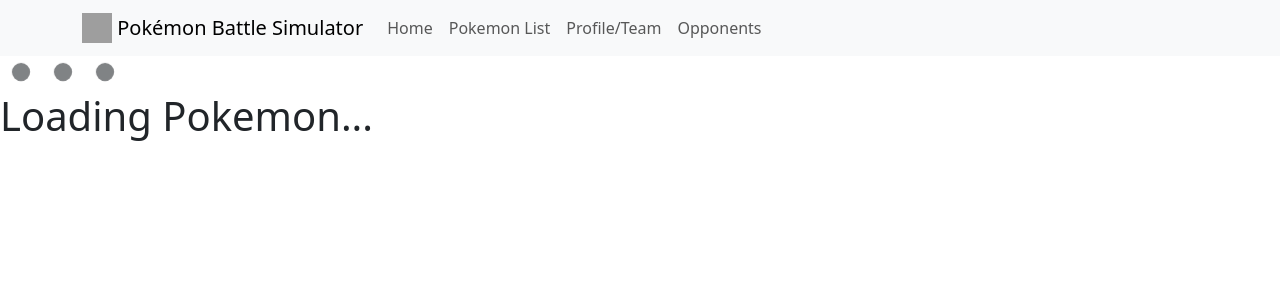
Repository: chsbca/Pokemon-Battle-Simulator
Page: /pokemon_list/ (app in front-end/)
These files come from the project's save history. The page is drawn as it stood at one moment and after the next save; the edit follows.
The browser window is 1280 px wide. The pictures show the whole page.
Pictures or frames that could not be fetched are drawn as grey boxes. The page's requests for data from a server got no answer. The project was rebuilt for these pictures with package versions that can differ from the ones it lists, and the page was loaded fresh each time. No one was signed in, and anything a server would have sent is missing. Also part of the build but not shown: front-end/vite.config.js, front-end/src/pages/Error404Page.jsx, front-end/src/pages/HomePage.jsx, front-end/src/pages/ProfilePage.jsx, front-end/src/pages/OpponentsPage.jsx.

Above is the page before, as saved 2024-04-10 08:34:40.

After the next save:
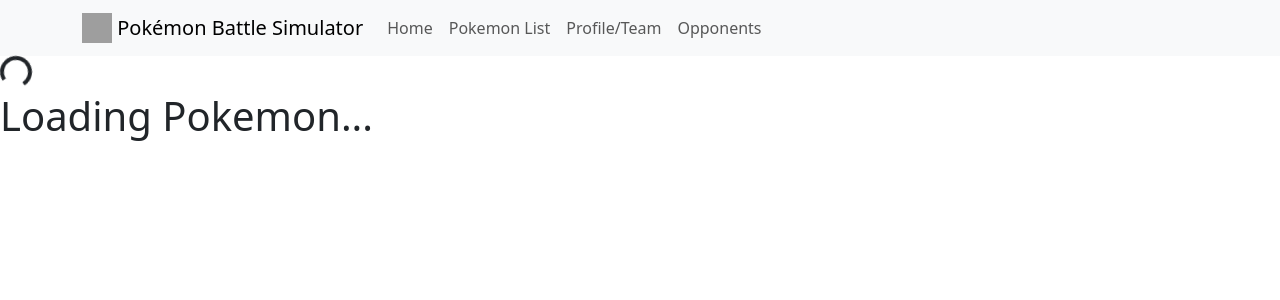
Saved 16 s later.
--- a/front-end/src/pages/PokemonListPage.jsx
+++ b/front-end/src/pages/PokemonListPage.jsx
@@ -20,9 +20,7 @@
     if (!isLoading) {
         return (
             <>
-                <Spinner animation="grow" role="status" style={{ margin: "0 5px" }}/>
-                <Spinner animation="grow" role="status" style={{ margin: "0 5px" }}/>
-                <Spinner animation="grow" role="status" style={{ margin: "0 5px" }}/>
+                <Spinner animation="border" role="status"/>
                 <div>
                     <h1>Loading Pokemon...</h1>
                 </div>
